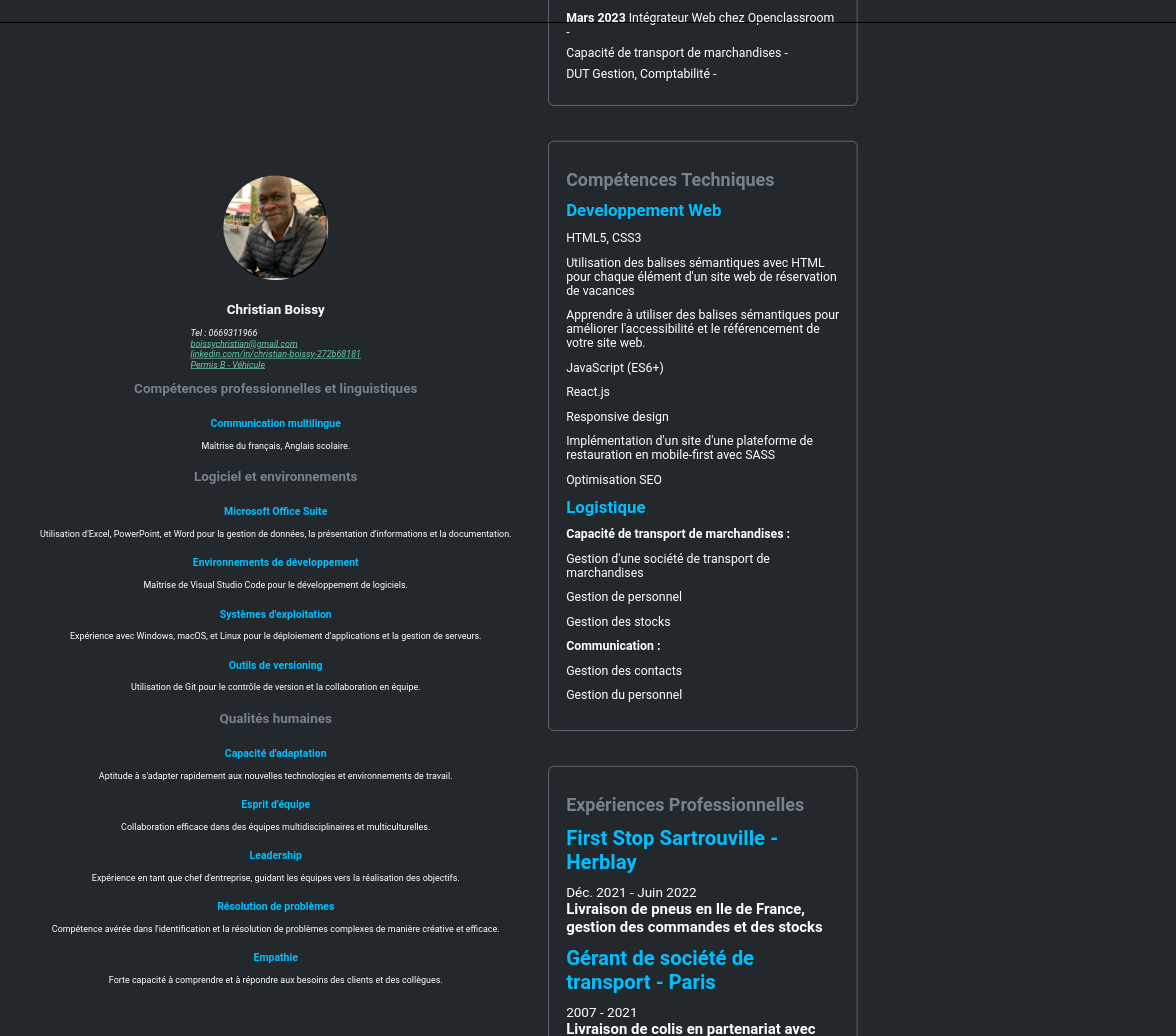
Repository: Christian121966/cv-logistique
Page: /
These files come from the project's save history. The page is drawn as it stood at one moment and after a run of saves; the edit follows.
The browser window is 1280 px wide. The page is 1680 px wide, so the pictures cover 1680 px, including what lies to the right of the window. The pictures show the part of the page from y = 333 to 1813 px (the page is 2307 px tall before and 2462 px after), at 70% of full size.
The project was rebuilt for these pictures with package versions that can differ from the ones it lists, and the page was loaded fresh each time.

Above is the page before, as saved 2024-07-27 19:05:38.

### public/index.html
<!DOCTYPE html>
<html lang="en">
  <head>
    <meta charset="utf-8" />
    <link rel="icon" href="%PUBLIC_URL%/favicon.ico" />
    <meta name="viewport" content="width=device-width, initial-scale=1" />
    <meta name="theme-color" content="#000000" />
    <meta name="description" content="Curriculum Vitae de Christian Boissy, développeur web front-end" />
    <meta name="keywords" content="Christian Boissy, CV, développeur front-end, React, Node.js, JavaScript" />
    <meta name="author" content="Christian Boissy" />

    <!-- Open Graph Meta Tags -->
    <meta property="og:title" content="CV de Christian Boissy" />
    <meta property="og:description" content="Curriculum Vitae de Christian Boissy, développeur web front-end" />
    <meta property="og:image" content="%PUBLIC_URL%/logo192.png" />
    <meta property="og:url" content="https://christian121966.github.io/cv-christian-boissy/" />
    <meta property="og:type" content="website" />

    <!-- Twitter Card Meta Tags -->
    <meta name="twitter:card" content="summary_large_image" />
    <meta name="twitter:title" content="CV de Christian Boissy" />
    <meta name="twitter:description" content="Curriculum Vitae de Christian Boissy, développeur web front-end" />
    <meta name="twitter:image" content="%PUBLIC_URL%/logo192.png" />

    <link rel="apple-touch-icon" href="%PUBLIC_URL%/logo192.png" />
    <link rel="manifest" href="%PUBLIC_URL%/manifest.json" />
    <title>CV-CHRISTIAN-BOISSY</title>

    <!-- Google Analytics -->
    <script async src="https://www.googletagmanager.com/gtag/js?id=G-K4EJ3NRTQS"></script>
    <script>
      window.dataLayer = window.dataLayer || [];
      function gtag(){dataLayer.push(arguments);}
      gtag('js', new Date());
      gtag('config', 'G-K4EJ3NRTQS');
    </script>
  </head>
  <body>
    <noscript>You need to enable JavaScript to run this app.</noscript>
    <div id="root"></div>
    <!--
      This HTML file is a template.
      If you open it directly in the browser, you will see an empty page.

      You can add webfonts, meta tags, or analytics to this file.
      The build step will place the bundled scripts into the <body> tag.

      To begin the development, run `npm start` or `yarn start`.
      To create a production bundle, use `npm run build` or `yarn build`.
    -->
  </body>
</html>

### src/index.js
import React from 'react';
import ReactDOM from 'react-dom/client';
import './index.css';
import App from './App';
import ReactGA from 'react-ga4';

ReactGA.initialize('G-K4EJ3NRTQS', {
  cookieFlags: 'SameSite=None; Secure'
});

ReactGA.send('pageview');

const root = ReactDOM.createRoot(document.getElementById('root'));
root.render(
  <React.StrictMode>
    <App />
  </React.StrictMode>
);

### src/App.js
import React from 'react';
import './App.css';
import Footer from './components/Footer';
import Section from './components/Section';
import Sidebar from './components/Sidebar';
import Formation from './components/Formation';
import CompetencesTechniques from './components/CompetencesTechniques';
import ExperiencesProfessionnelles from './components/ExperiencesProfessionnelles';

function App() {
  return (
    <div className="App">
      <header className="cv-title">
        <h1>Développeur - intégrateur Web</h1>
      </header>
      <div className="container">
        <Sidebar />
        <main>
          <div className="card">
            <Section title="Formation">
              <Formation />
            </Section>
          </div>
          <div className="card">
            <Section title="Compétences Techniques">
              <CompetencesTechniques />
            </Section>
          </div>
          <div className="card">
            <Section title="Expériences Professionnelles">
              <ExperiencesProfessionnelles />
            </Section>
          </div>
        </main>
      </div>
      <Footer />
    </div>
  );
}

export default App;

### src/App.css
@charset "UTF-8";
/* Variables de couleurs */
/* Mixins */
*,
*::before,
*::after {
  box-sizing: border-box;
  margin: 0;
  padding: 0;
}

body {
  background-color: rgb(35, 40, 45);
  color: rgb(255, 255, 255);
  font-family: "Roboto", sans-serif;
  padding: 0;
  margin: 0;
  overflow-x: hidden;
  overflow-y: auto;
}
body header.cv-title {
  display: flex;
  justify-content: center;
  position: relative;
  top: 185px;
  left: 0;
  margin-bottom: 2px;
}
body header.cv-title h1 {
  color: rgb(120, 130, 140);
  font-size: 1em;
}
body .container {
  display: flex;
  flex-direction: column;
  padding: 10px;
}
body .container .container {
  display: flex;
  flex-direction: column;
  padding: 10px;
}
body .container .sidebar {
  width: 100%;
  font-size: 0.8em;
  display: flex;
  flex-direction: column;
  justify-content: center;
  align-items: center;
  padding: 2px;
}
body .container .sidebar h2 {
  font-size: 1.5em;
  text-align: center;
  margin: 15px 0 15px 0;
  color: rgb(120, 130, 140);
}
body .container .sidebar .profile-photo {
  width: 150px;
  height: 150px;
  border-radius: 50%;
  margin-bottom: 30px;
  cursor: pointer;
  transition: width 0.3s ease, height 0.3s ease;
}
body .container .sidebar .profile-photo:hover {
  width: 360px;
  height: 360px;
  border-radius: 50%;
  margin-bottom: 30px;
}
body .container .sidebar address {
  margin-top: 15px;
}
body .container .sidebar address a {
  color: mediumaquamarine;
}
body .container .sidebar ul {
  list-style-type: none;
  text-align: center;
}
body .container .sidebar ul h3 {
  margin: 15px 0 15px 0;
  color: deepskyblue;
}
body .container .sidebar ul li {
  display: flex;
  flex-direction: column;
  margin-bottom: 10px;
  overflow-y: auto;
}
body .container .sidebar ul li li > span {
  display: block; /* Assurez-vous que span est affiché comme bloc */
  text-align: center; /* Exemple de centrage de span */
  color: #777; /* Exemple de couleur de texte */
}
body main {
  margin: 0;
}
body section h2 {
  font-size: 1.2em;
  margin: 15px 0 15px 0;
}
body .card {
  margin: 5px;
  padding: 10px;
  background: rgb(35, 40, 45);
  border: 1px solid rgb(120, 130, 140);
  border-radius: 8px;
}
body .card div, body .card ul {
  font-size: 0.9em;
  list-style-type: none;
  margin-bottom: 10px;
}
body .card h2 {
  color: rgb(120, 130, 140);
}
body .card h3 {
  font-size: 1.1em;
  margin: 15px 0 15px 0;
  color: deepskyblue;
}
body li {
  margin-bottom: 15px;
}
body p {
  font-size: 1em;
}
body footer p {
  font-size: 0.6em;
  display: flex;
  justify-content: center;
  text-align: center;
}

/* Pour les écrans de 320px à 425px */
@media screen and (max-width: 425px) {
  body header.cv-title {
    position: relative;
    top: 190px;
    left: 0;
    margin-bottom: 2px;
    text-align: center;
  }
  body header.cv-title h1 {
    color: rgb(120, 130, 140);
    font-size: 1.2em;
  }
  body .container {
    display: flex;
    flex-direction: column;
    padding: 10px;
  }
  body .sidebar {
    width: 100%;
    font-size: 0.8em;
    display: flex;
    flex-direction: column;
    justify-content: center;
    align-items: center;
    padding: 2px;
  }
  body .sidebar h2 {
    font-size: 1.1em;
    text-align: center;
    margin: 15px 0;
    color: rgb(120, 130, 140);
  }
  body .sidebar .profile-photo {
    width: 150px;
    height: 150px;
    border-radius: 50%;
    margin-bottom: 30px;
  }
  body .sidebar address {
    margin-top: 0;
  }
  body .sidebar address a {
    color: mediumaquamarine;
  }
  body .sidebar ul {
    list-style-type: none;
  }
  body .sidebar ul h3 {
    margin: 15px 0;
    color: deepskyblue;
    text-align: center;
  }
  body .sidebar ul li {
    margin-bottom: 10px;
    text-align: center;
  }
  body .sidebar ul li span {
    display: block;
    color: #ccc;
  }
  body main {
    margin: 0;
    padding: 15px;
  }
  body section h2 {
    font-size: 1.3em;
    margin: 15px 0;
  }
  body .card {
    margin: 10px;
    padding: 12px;
    background: rgb(35, 40, 45);
    border: 1px solid rgb(120, 130, 140);
    border-radius: 8px;
  }
  body .card div, body .card ul {
    font-size: 0.9em;
    list-style-type: none;
  }
  body .card h3 {
    font-size: 1.2em;
    margin: 15px 0;
    color: deepskyblue;
  }
  body p {
    font-size: 1em;
  }
  body footer p {
    font-size: 0.8em;
    display: flex;
    justify-content: center;
    text-align: center;
    margin: 10px;
  }
}
/* Pour les écrans de 768px et plus */
@media screen and (min-width: 768px) {
  body header.cv-title {
    top: 140px;
    left: 160px;
    margin-bottom: 20px;
  }
  body header.cv-title h1 {
    font-size: 1.5em;
  }
  body .container {
    display: flex;
    flex-direction: row;
    padding: 25px;
  }
  body .sidebar {
    width: 35%;
    font-size: 1.1em;
    padding: 15px;
    display: flex;
    flex-direction: column;
    justify-content: flex-start;
    align-items: center;
  }
  body .sidebar .profile-photo {
    width: 180px;
    height: 180px;
  }
  body .sidebar h2 {
    font-size: 1.3em;
  }
  body main {
    width: 65%;
    padding: 0 25px;
    display: flex;
    flex-direction: column;
    margin-top: 150px;
  }
  body section h2 {
    font-size: 1.5em;
  }
  body .card {
    margin: 20px 0;
    padding: 20px;
    background: rgb(35, 40, 45);
    border: 1px solid rgb(120, 130, 140);
    border-radius: 8px;
  }
  body .card div, body .card ul {
    font-size: 0.9em;
  }
  body .card h3 {
    font-size: 1.4em;
  }
  body p {
    font-size: 0.9em;
  }
  footer {
    display: flex;
    justify-content: center;
    align-items: center;
    margin-top: 20px;
  }
  footer p {
    font-size: 0.8em;
  }
}
/* Pour les écrans de 1024px et plus */
@media screen and (min-width: 1024px) {
  body header.cv-title {
    top: 170px;
    left: 400px;
    margin-bottom: 25px;
    overflow-y: hidden;
    overflow-x: hidden;
  }
  body header.cv-title h1 {
    font-size: 1.7em;
  }
  body .container {
    padding: 30px;
  }
  body .sidebar {
    width: 35%;
    font-size: 1.2em;
    padding: 20px;
  }
  body .sidebar .profile-photo {
    width: 190px;
    height: 190px;
  }
  body .sidebar h2 {
    font-size: 1.4em;
  }
  body section h2 {
    font-size: 1.6em;
  }
  body .card {
    margin: 25px 0;
    padding: 25px;
  }
  body .card div, body .card ul {
    font-size: 1.1em;
  }
  body .card h3 {
    font-size: 1.5em;
  }
  body p {
    font-size: 1em;
  }
}/*# sourceMappingURL=App_20240721023703.css.map */

### src/components/Footer.js
import React from 'react';

const Footer = () => {
  return (
    <footer>
      <p>© 2024 Christian Boissy. Tous droits réservés.</p>
    </footer>
  );
};

export default Footer;

### src/components/Section.js
import React from 'react';

const Section = ({ title, children }) => {
  return (
    <section>
      <h2>{title}</h2>
      {children}
    </section>
  );
};

export default Section;

### src/components/Formation.js
import React from 'react';
import cvData from '../data/cvData';

function Formation() {
  return (
    <>
      {cvData.formation.map((item, index) => (
        <div key={index}>
          <strong>{item.date}</strong> {item.title} - {item.details}
        </div>
      ))}
    </>
  );
}

export default Formation;

### src/components/CompetencesTechniques.js
import React from 'react';
import cvData from '../data/cvData';

function CompetencesTechniques() {
  // Liste des éléments à mettre en gras
  const boldItems = [
    "Developpement Web",
    "Logistique",
    "Capacité de transport de marchandises",
    "CACES 1, 2, 3 & 5",
    "Communication"
  ];

  // Fonction pour vérifier si l'élément doit être en gras
  const isBold = (item) => {
    return boldItems.some(boldItem => item.includes(boldItem));
  };

  return (
    <>
      <h3>Developpement Web</h3>
      <ul>
        {cvData.competences.developpementWeb.map((item, index) => (
          <li key={index}>
            {isBold(item) ? <strong>{item}</strong> : item}
          </li>
        ))}
      </ul>
      <h3>Logistique</h3>
      <ul>
        {cvData.competences.logistique.map((item, index) => (
          <li key={index}>
            {isBold(item) ? <strong>{item}</strong> : item}
          </li>
        ))}
      </ul>
      {/* <h3>Communication</h3>
      <ul>
        {cvData.competences.communication.map((item, index) => (
          <li key={index}>
            {isBold(item) ? <strong>{item}</strong> : item}
          </li>
        ))}
      </ul> */}
    </>
  );
}

export default CompetencesTechniques;

### src/components/ExperiencesProfessionnelles.js
import React from 'react';
import cvData from '../data/cvData';

function ExperiencesProfessionnelles() {
  // Vérifiez que cvData.experiences est défini et qu'il s'agit d'un tableau
  if (!cvData.experiences || !Array.isArray(cvData.experiences)) {
    return <div>Aucune expérience professionnelle disponible.</div>;
  }

  return (
    <div>
      {cvData.experiences.map((exp, index) => (
        <div key={index}>
          <h3>{exp.title}</h3>
          <p>{exp.date}</p>
          {exp.details && exp.details.map((detail, idx) => (
            typeof detail === 'string' ?
              <p key={idx}>{detail}</p> :
              <div key={idx}>
                <strong>{detail.highlight}</strong>
                {detail.list ? <ul>{detail.list.map((item, itemIdx) => <li key={itemIdx}>{item}</li>)}</ul> : <p>{detail.description}</p>}
              </div>
          ))}
          {/* Si exp.details n'est pas défini, affichez un message ou laissez vide */}
          {!exp.details && <p></p>}
        </div>
      ))}
    </div>
  );
}

export default ExperiencesProfessionnelles;

### src/data/cvData.js
const cvData = {
    formation: [
      {
        date: "Mars 2023",
        title: "Intégrateur Web chez Openclassroom",
        /*details: "HTML/CSS - JavaScript - React - Redux - MongoDB - Git - GitHub - Responsive design"*/
      },
      {
        title: "Capacité de transport de marchandises",
      },
      {
        title: "DUT Gestion, Comptabilité"
      }
    ],
    competences: {
      developpementWeb: [
        "HTML5, CSS3",
        "Utilisation des balises sémantiques avec HTML pour chaque élément d'un site web de réservation de vacances",
        "Apprendre à utiliser des balises sémantiques pour améliorer l'accessibilité et le référencement de votre site web.",
        "JavaScript (ES6+)",
        "React.js",
        "Responsive design",
        "Implémentation d'un site d'une plateforme de restauration en mobile-first avec SASS",
        "Optimisation SEO"
      ],
      logistique: [

        "Capacité de transport de marchandises :",
        "Gestion d'une société de transport de marchandises",
        "Gestion de personnel",
        "Gestion des stocks",
        "Communication :",
        "Gestion des contacts",
        "Gestion du personnel"
      ]
    },
    experiences: [
      {
        date: "Déc. 2021 - Juin 2022",
        title: "First Stop Sartrouville - Herblay",
        details: [
          { highlight: "Livraison de pneus en Ile de France, gestion des commandes et des stocks" },
        ]
      },
      {
        date: "2007 - 2021",
        title: "Gérant de société de transport - Paris",
        details: [
          { highlight: "Livraison de colis en partenariat avec Colisweb"},
          { highlight: "Livraison avec SVP"},
          { highlight: "Livraison avec CG Courses"}
        ]
      },
      {
        date: "1999 - 2007",
        title: "Cariste gestionnaire de stocks - Rougier Panneaux - Gennevilliers",
        details: [
          { highlight: "Chargement et déchargemement de colis de panneaux de bois"},
          { highlight: "Gestion du stock"},
          { highlight: "Préparation des commandes"}
        ]
      }
    ]
  };

  export default cvData;

Loaded but not shown: src/index.css (common file); src/components/Sidebar.js (86 lines, source omitted)

After the next 5 saves:
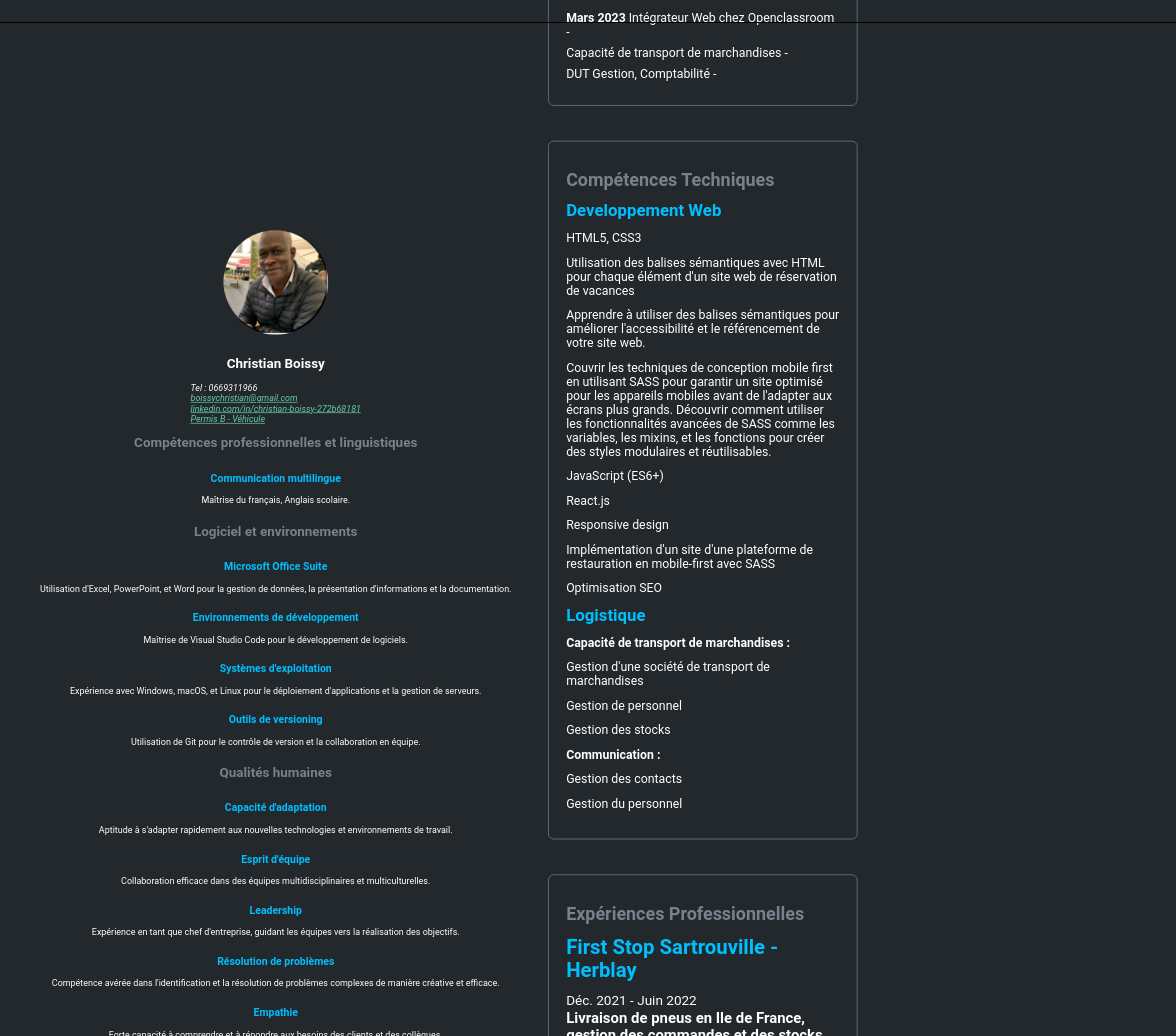
The 5 saves are shown as one change because 2 did not build or start and some came seconds apart.
The last was saved 102 s later.
--- a/src/data/cvData.js
+++ b/src/data/cvData.js
@@ -17,6 +17,7 @@
         "HTML5, CSS3",
         "Utilisation des balises sémantiques avec HTML pour chaque élément d'un site web de réservation de vacances",
         "Apprendre à utiliser des balises sémantiques pour améliorer l'accessibilité et le référencement de votre site web.",
+        "Couvrir les techniques de conception mobile first en utilisant SASS pour garantir un site optimisé pour les appareils mobiles avant de l'adapter aux écrans plus grands. Découvrir comment utiliser les fonctionnalités avancées de SASS comme les variables, les mixins, et les fonctions pour créer des styles modulaires et réutilisables.",
         "JavaScript (ES6+)",
         "React.js",
         "Responsive design",

After the save that followed:
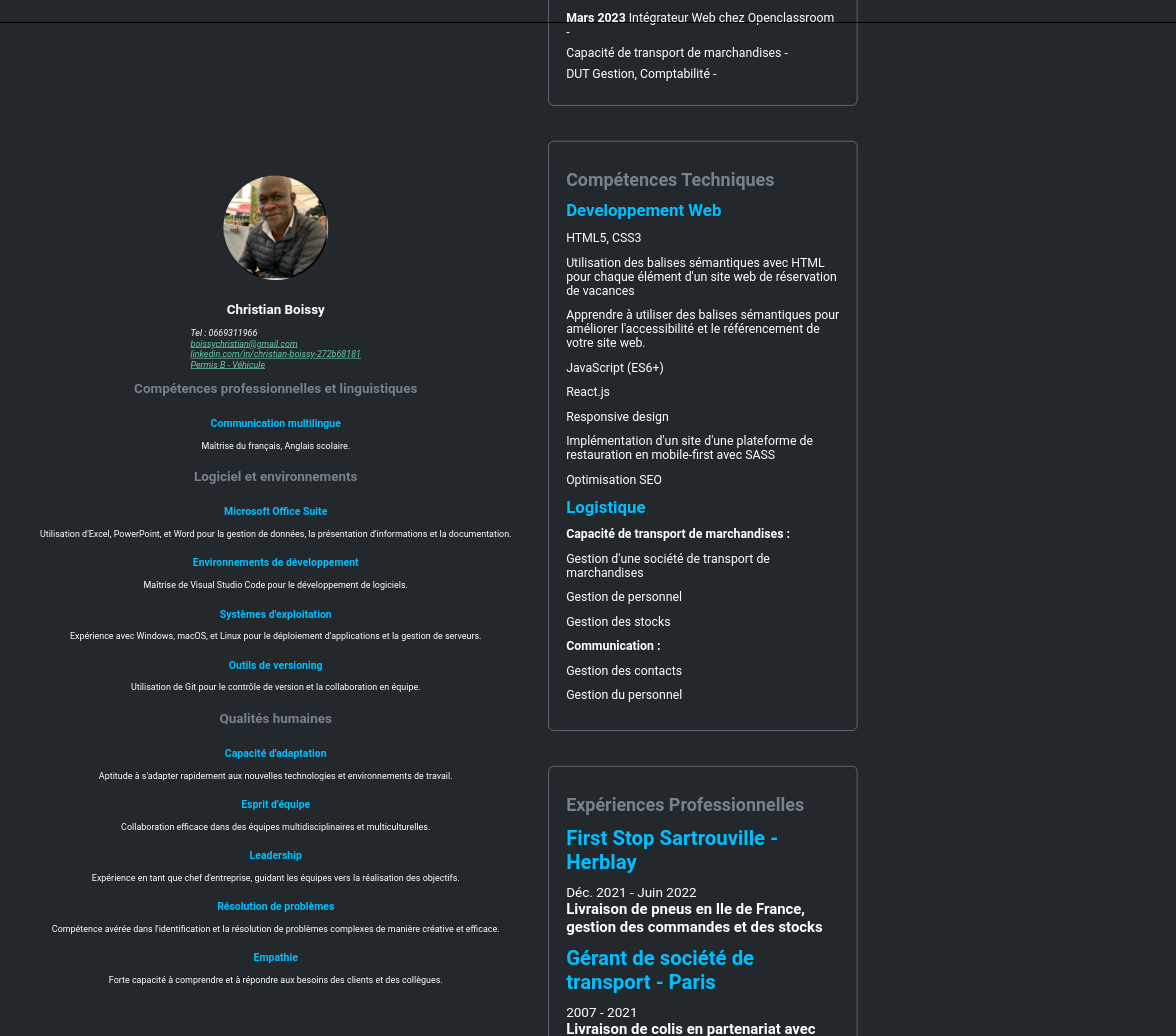
Saved 67 s later.
--- a/src/data/cvData.js
+++ b/src/data/cvData.js
@@ -17,7 +17,7 @@
         "HTML5, CSS3",
         "Utilisation des balises sémantiques avec HTML pour chaque élément d'un site web de réservation de vacances",
         "Apprendre à utiliser des balises sémantiques pour améliorer l'accessibilité et le référencement de votre site web.",
-        "Couvrir les techniques de conception mobile first en utilisant SASS pour garantir un site optimisé pour les appareils mobiles avant de l'adapter aux écrans plus grands. Découvrir comment utiliser les fonctionnalités avancées de SASS comme les variables, les mixins, et les fonctions pour créer des styles modulaires et réutilisables.",
+
         "JavaScript (ES6+)",
         "React.js",
         "Responsive design",
